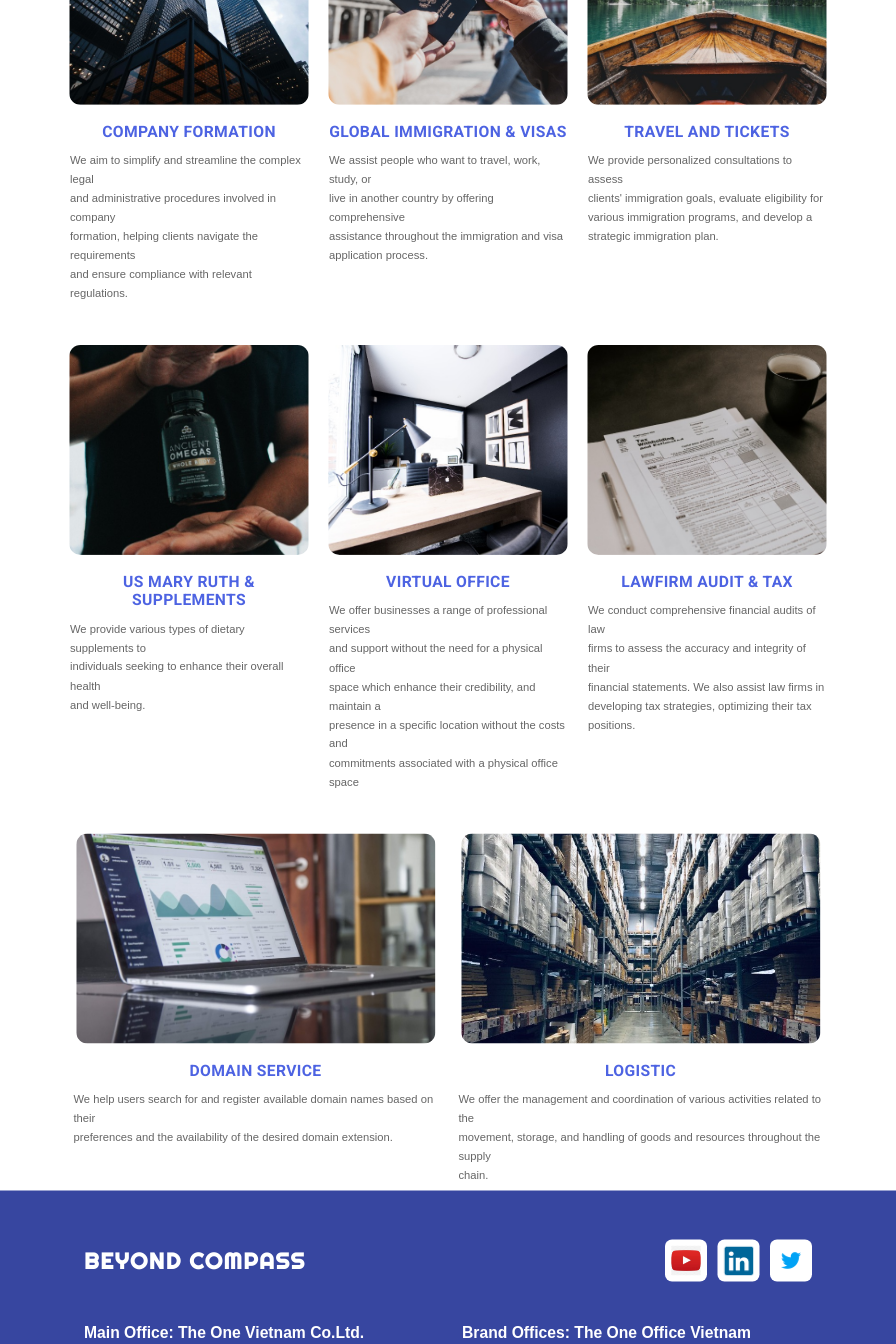
Repository: trunghau06/baitapRn
Page: pages/product.html
An editor plug-in stored every save of this project. The page is shown before and after a run of saves, followed by the edit.
The browser window is 1280 px wide. The pictures show the part of the page from y = 764 to 2684 px (the page is 3511 px tall before and 3457 px after), at 70% of full size.

Above is the page before, as saved 2025-10-09 23:56:36.

### pages/product.html
<!DOCTYPE html>
<html lang="en">
<head>
    <meta charset="UTF-8">
    <meta name="viewport" content="width=device-width, initial-scale=1.0">
    <title>Our products</title>
    <link rel="stylesheet" href="../style/product.css?v=1">
    <link rel="stylesheet" href="https://cdnjs.cloudflare.com/ajax/libs/font-awesome/6.5.1/css/all.min.css">
    <link href="https://fonts.googleapis.com/css2?family=Roboto:wght@400;700&display=swap" rel="stylesheet">
</head>
<body>
    <!-- Thanh Header -->
    <header>
        <div class="header-Page">
            <!-- Logo -->
            <div class="logo">BEYOND COMPASS</div>

            <!-- Navigation Menu -->
            <nav>
                <ul>
                    <li><a href="../index.html"                 >HOME        </a></li>
                    <li><a href="about.html"                 >ABOUT US    </a></li>
                    <li><a href="product.html" class="active">OUR PRODUCTS</a></li>
                    <li><a href="news.html"                  >NEWS        </a></li>
                    <li><a href="team.html"                  >OUR TEAM    </a></li>
                    <li><a href="contact.html"               >CONTACT     </a></li>
                    <li><a href="blogs.html"                 >BLOGS       </a></li>
                </ul>
            </nav>
        </div>
    </header>

    <div class="header-banner"></div>

    <!-- Gioi Thieu -->
    <div class="introduce-Page">
        <svg class="hexagon-small-double" viewBox="0 0 100 115" xmlns="http://www.w3.org/2000/svg">
            <polygon points="50 10, 85 30, 85 70, 50 90, 15 70, 15 30"
                    fill="#C8CFF6"
                    stroke="none"/>
            <polygon points="50 -2, 97 20, 97 80, 50 102, 3 80, 3 20"
                    fill="none"
                    stroke="#C8CFF6"
                    stroke-width="10"/>
        </svg>

        <div class="hexagon hexagon-large"></div>

         <svg class="hexagon-outline" viewBox="0 0 100 115" xmlns="http://www.w3.org/2000/svg">
            <polygon points="50 0, 93 25, 93 75, 50 100, 7 75, 7 25"
                    fill="none"
                    stroke="#C8CFF6"
                    stroke-width="2"
                    stroke-dasharray="5, 5"/>
        </svg>

        <svg class="pentagon-outline" viewBox="0 0 100 100" xmlns="http://www.w3.org/2000/svg">
            <defs>
                <linearGradient id="strokeHalfColor" x1="0%" y1="0%" x2="100%" y2="0%">
                    <stop offset="50%" style="stop-color:#FFFFFF;stop-opacity:1" />
                    <stop offset="50%" style="stop-color:#C8CFF6;stop-opacity:1" />
                </linearGradient>
            </defs>
            <polygon points="50 5, 95 40, 80 90, 20 90, 5 40"
                    fill="none"
                    stroke="url(#strokeHalfColor)"
                    stroke-width="3"
                    transform="rotate(30 50 50)"/>
        </svg>

        <svg class="pentagon-filled" viewBox="0 0 100 100" xmlns="http://www.w3.org/2000/svg">
            <polygon points="50 5, 95 40, 80 90, 20 90, 5 40"
                    fill="#C8CFF6"
                    stroke="#C8CFF6"
                    stroke-width="3"/>
        </svg>

        <h1>Our products</h1>

        <h3>Unleash the Power of Innovation!</h3>

        <p>We are proud to offer a diverse range of cutting-edge products designed to revolutionize your world.</p>
    </div>

    <div class="box-section">
        <!-- box 1 -->
        <div class="box">
            <img src="../Images/image_box_1.jpg" alt="">

            <div class="content-box">
                <h3>COMPANY FORMATION</h3>

                <p>
                    We aim to simplify and streamline the complex legal<br>
                    and administrative procedures involved in company<br>
                    formation, helping clients navigate the requirements<br>
                    and ensure compliance with relevant regulations.</p>
            </div>
        </div>

        <!-- box 2 -->
        <div class="box">
            <img src="../Images/image_box_2.jpg" alt="">

            <div class="content-box">
                <h3>GLOBAL IMMIGRATION & VISAS</h3>

                <p>
                    We assist people who want to travel, work, study, or<br>
                    live in another country by offering comprehensive<br>
                    assistance throughout the immigration and visa<br>
                    application process.</p>
            </div>
        </div>

        <!-- box 3 -->
        <div class="box">
            <img src="../Images/image_box_3.jpg" alt="">

            <div class="content-box">
                <h3>TRAVEL AND TICKETS</h3>

                <p>
                    We provide personalized consultations to assess<br>
                    clients' immigration goals, evaluate eligibility for <br>
                    various immigration programs, and develop a<br>
                    strategic immigration plan.</p>
            </div>
        </div>

        <!-- box 4 -->
        <div class="box">
            <img src="../Images/image_box_4.jpg" alt="">

            <div class="content-box">
                <h3>US MARY RUTH & SUPPLEMENTS</h3>

                <p>
                    We provide various types of dietary supplements to<br>
                    individuals seeking to enhance their overall health<br>
                    and well-being.
            </div>
        </div>

        <!-- box 5 -->
        <div class="box">
            <img src="../Images/image_box_5.jpg" alt="">

            <div class="content-box">
                <h3>VIRTUAL OFFICE</h3>

                <p>
                    We offer businesses a range of professional services<br>
                    and support without the need for a physical office<br>
                    space which enhance their credibility, and maintain a<br>
                    presence in a specific location without the costs and<br>
                    commitments associated with a physical office<br>
                    space
                </p>
            </div>
        </div>

        <!-- box 6 -->
        <div class="box">
            <img src="../Images/image_box_6.jpg" alt="">

            <div class="content-box">
                <h3>LAWFIRM AUDIT & TAX</h3>

                <p>
                    We conduct comprehensive financial audits of law <br>
                    firms to assess the accuracy and integrity of their<br>
                    financial statements. We also assist law firms in <br>
                    developing tax strategies, optimizing their tax<br>
                    positions.
                </p>
            </div>
        </div>

        <!-- box 7 -->
        <div class="box">
            <img src="../Images/image_box_7.jpg" alt="">

            <div class="content-box">
                <h3>DOMAIN SERVICE</h3>

                <p>
                    We help users search for and register available domain names based on their<br>
                    preferences and the availability of the desired domain extension.
                </p>
            </div>
        </div>

        <!-- box 8 -->
        <div class="box">
            <img src="../Images/image_box_8.jpg" alt="">

            <div class="content-box">
                <h3>LOGISTIC</h3>

                <p>
                    We offer the management and coordination of various activities related to the <br>
                    movement, storage, and handling of goods and resources throughout the supply <br>
                    chain.
                </p>
            </div>
        </div>
    </div>

    <!-- Footer -->
    <div class="footer">
        <!-- Header -->
        <div class="header-Footer">
            <h2>BEYOND COMPASS</h2>
            <div class="social-icons">
                <button><img src="../Images/youtube.png" alt="YouTube"></button>
                <button><img src="../Images/logo_linkedin.png" alt="LinkedIn"></button>
                <button><img src="../Images/image.png" alt="Twitter"></button>
            </div>
        </div>

        <!-- Offices -->
        <div class="offices">
            <!-- Main Office -->
            <div class="office">
                <h3>Main Office: The One Vietnam Co.Ltd.</h3>
                <div class="office-info">
                    <span class="square"></span>

                    <div class="content-info">
                        <p><img src="../Images/ic_map.png" alt="">Location: 40-42 Thiên Phước, Ward 15, Dist 11, HCMC, VN</p>

                        <div class="phone-group">
                            <p><img src="../Images/ic_phone.png" alt="">Phone Number: </p>

                            <div class="phone">
                                <p>(84) 902.111.222. mobile</p>
                                <p>(84) 28.333.6668 (19 lines)</p>
                                <p>(84) 28.234.5678 (fax)</p>
                            </div>
                        </div>

                        <p><img src="../Images/ic_email.png" alt="">Email: abc@def.com</p>
                        <p><img src="../Images/ic_global.png" alt="">Fax: (123)-456-7890</p>
                    </div>
                </div>
            </div>

            <!-- Brand Offices -->
            <div class="office">
                <h3>Brand Offices: The One Office Vietnam</h3>
                <div class="brand-offices">
                    <div class="office-info">
                        <span class="square"></span>

                        <div class="content-info">
                            <p><img src="../Images/ic_map.png" alt="Location">Location: Singapore</p>
                            <p><img src="../Images/ic_phone.png" alt="Phone">Phone Number: (84) 902.111.222</p>
                            <p><img src="../Images/ic_email.png" alt="Email">Email: abc@def.com</p>
                            <p><img src="../Images/ic_global.png" alt="Fax">Fax: (123)-456-7890</p>
                        </div>
                    </div>

                    <div class="office-info">
                        <span class="square"></span>

                        <div class="content-info">
                            <p><img src="../Images/ic_map.png" alt="">Location: USA</p>
                            <p></span><img src="../Images/ic_phone.png" alt="">Phone Number: (84) 902.111.222</p>
                            <p></span><img src="../Images/ic_email.png" alt="">Email: abc@def.com</p>
                            <p></span><img src="../Images/ic_global.png" alt="">Fax: (123)-456-7890</p>
                        </div>
                    </div>
                </div>
            </div>
        </div>

        <div class="line"></div>

        <div class="footer-links">
            <div class="link-column">
            <h4>OUR PRODUCTS</h4>
            <ul>
                <li><i class="fas fa-chevron-right"></i> Company Formation</li>
                <li><i class="fas fa-chevron-right"></i> Globalization & Visas</li>
                <li><i class="fas fa-chevron-right"></i> Travel & Ticket</li>
                <li><i class="fas fa-chevron-right"></i> Logistic</li>
                <li><i class="fas fa-chevron-right"></i> Virtual Office</li>
            </ul>
            </div>

            <div class="link-column">
            <h4>COMPANY</h4>
            <ul>
                <li><i class="fas fa-chevron-right"></i> About Us</li>
                <li><i class="fas fa-chevron-right"></i> Terms of Service</li>
                <li><i class="fas fa-chevron-right"></i> Privacy Policy</li>
                <li><i class="fas fa-chevron-right"></i> Support</li>
            </ul>
            </div>
        </div>

        <footer class="footer-bottom">
            <p>Copyright © 2023 by THEONEVIETNAM.COM. All rights reserved. Designed by Tuyet Nhi.</p>
        </footer>
    </div>
</body>
</html>

### style/product.css
@import url('https://fonts.googleapis.com/css2?family=Righteous&display=swap');

* {
    margin: 0;
    padding: 0;
    box-sizing: border-box;
}

body {
    font-family: Arial, sans-serif;
}

/* Header */
.header-Page {
    position: fixed;
    top: 0;
    left: 0;
    width: 100%;
    margin: 0 auto;
    padding: 0 60px;
    display: flex;
    justify-content: space-between;
    align-items: center;
    height: 100px;
    background-color: white;
    z-index: 1000;
}


/* Logo */
.logo {
    font-family: 'Righteous', Arial, sans-serif;
    color: #2A367C;
    font-size: 2em;
    font-weight: 400;
    padding-left: 60px;
}

/* Menu */
nav ul {
    list-style: none;
    display: flex;
    gap: 30px;
    padding-right: 60px;
}

nav ul li a {
    text-decoration: none;
    color: #666666;
    font-size: 1.2em;
    font-weight: 700;
    padding-bottom: 28px;
    font-family: 'Roboto', Arial, sans-serif;
    position: relative;
}

nav ul li a::after {
    content: '';
    position: absolute;
    bottom: 0;
    left: -10px;
    right: -10px;
    height: 4px;
}

nav ul li a:hover,
nav ul li a.active {
    color: #3746A0;
}

nav ul li a:hover::after,
nav ul li a.active::after {
    background-color: #3746A0;
}

/* Banner */
.header-banner {
    margin-top: 100px;
    width: 100%;
    height: 200px;
    background-image: url('../Images/anhHeader_7.jpg');
    background-size: cover;
    background-position: center;
}

.introduce-Page {
    position: relative;
    background: linear-gradient(to right, #EBEDEE, #FDFBFB);
    display: flex;
    flex-direction: column;
    justify-items: center;
    align-items: center;
    padding: 30px 20px;
    overflow: hidden;
}

.introduce-Page h1 {
    font-family: 'Roboto', Arial, sans-serif;
    color: #2A367C;
    font-size: 3.4em;
    font-weight: 700;
    margin-bottom: 20px;
    z-index: 2;
}

.introduce-Page h3 {
    font-family: 'Roboto', Arial, sans-serif;
    font-size: 2em;
    color: #666666;
    line-height: 1.4;
    margin-bottom: 20px;
    font-weight: bold;
}

.introduce-Page p {
    color: #666666;
    font-family: 'Roboto', Arial, sans-serif;
    line-height: 1.6;
    margin-bottom: 15px;
    font-size: 1.2em;
}

.hexagon {
    position: absolute;
    background-color: #C8CFF6;
    clip-path: polygon(
        50% 0%, 93% 25%, 93% 75%, 50% 100%, 7% 75%, 7% 25%
    );
    box-shadow:
        0 0 0 8px white,
        0 0 0 10px #8B9FD9;
}

/* Hình lục giác nhỏ với 2 lớp viền */
.hexagon-small-double {
    position: absolute;
    width: 90px;
    height: 140px;
    top: 72%;
    left: 20px;
    z-index: 2;
}

/* Hình lục giác lớn */
.hexagon-large {
    width: 80px;
    height: 80px;
    bottom: 10px;
    right: 5%;
}

/* Hình lục giác chỉ viền nét đứt */
.hexagon-outline {
    position: absolute;
    width: 280px;
    height: 280px;
    top: 15%;
    right: 80px;
    transform: translateY(-50%);
}

/* Hình ngũ giác 5 góc nghiêng phải */
.pentagon-outline {
    position: absolute;
    width: 80px;
    height: 80px;
    top: 25%;
    left: 40%;
    transform: translate(-50%, -50%);
    z-index: 1;
}

/* Hình ngũ giác có ruột màu xanh */
.pentagon-filled {
   position: absolute;
    width: 80px;
    height: 80px;
    top: 25%;
    left: 38%;
    transform: translate(-50%, -50%);
    z-index: 0;
}

/* Cac box */
.box-section {
    display: flex;
    flex-wrap: wrap;
    gap: 10px;
    width: 100%;
    padding: 40px 40px 80px 40px;
    justify-content: center;
    align-items: stretch;
}

.box {
    width: 30%;
    border-radius: 15px;
    overflow: visible;
    display: flex;
    flex-direction: column;
    justify-items: center;
    align-items: center;
    padding: 20px 0;
}

.box img {
    width: 95%;
    height: 300px;
    object-fit: cover;
    border-radius: 16px;
}

.box-section .box:last-child,
.box-section .box:nth-last-child(2) {
    height: 250px;
}

.content-box {
    padding: 10px;
    text-align: center;
    flex-grow: 1;
}

.content-box h3 {
    font-family: 'Roboto', Arial, sans-serif;
    color: #4D63E2;
    font-size: 1.4em;
    font-weight: 700;
    margin: 15px 0 15px 0;
    letter-spacing: 0.5px;
}

.content-box p {
    color: #666666;
    font-size: 1em;
    line-height: 1.7;
    text-align: left;
}

.box:nth-child(7),
.box:nth-child(8) {
    width: 45%;
    margin-bottom: 100px;
}

/* Footer */
.footer {
  display: flex;
  flex-direction: column;
  background-color: #3746A0;
  margin-top: 100px;
}

.header-Footer {
    display: flex;
    justify-content: space-between;
    align-items: center;
    padding: 20px 120px;
    margin-top: 50px;
}

.header-Footer h2 {
    font-size: 2em;
    font-weight: bold;
    letter-spacing: 2px;
    font-family: 'Righteous', Arial, sans-serif;
    color: #FFFFFF;
}

.social-icons {
    display: flex;
    gap: 15px;
}

.social-icons button {
    background: #FFFFFF;
    border: none;
    cursor: pointer;
    width: 60px;
    height: 60px;
    border-radius: 10px;
    display: flex;
    align-items: center;
    justify-content: center;
}

.social-icons button img {
    width: 70%;
    height: 70%;
    object-fit: contain;
}

.offices {
    padding: 10px 120px;
    display: grid;
    grid-template-columns: 1fr 1fr;
    gap: 40px;
    margin-top: 30px;
}

.brand-offices {
    display: grid;
    grid-template-columns: 1fr 1fr;
    gap: 60px;
}

.office h3 {
    margin-bottom: 15px;
    font-size: 1.4em;
    color: #FFFFFF;
}

.office-info {
    position: relative;
    margin-bottom: 20px;
    display: flex;
    align-items: flex-start;
}

.office-info .square {
    position: absolute;
    left: 0;
    top: 25px;
    width: 12px;
    height: 12px;
    background: #202A5F;
    border-radius: 4px;
}

.content-info {
    padding-left: 30px;
}

.content-info p {
    margin: 28px 0;
    display: flex;
    align-items: center;
    font-size: 0.9em;
    color: #FFFFFF;
}

.phone-group {
    display: flex;
    justify-content: left;
    align-items: flex-start;
    gap: 10px;
}

.phone-group p {
    margin: 0;
    font-size: 0.9em;
    margin-bottom: 28px;
    color: #FFFFFF;
}

.phone-group .phone p:nth-of-type(3) {
    margin-bottom: 0;
}

.phone {
    display: flex;
    flex-direction: column;
    text-align: left;
}

.content-info img {
    width: 20px;
    height: 20px;
    margin-right: 16px;
    vertical-align: middle;
    filter: brightness(0) invert(1);
}

.line {
    width: 83%;
    height: 2px;
    background: rgba(255,255,255,0.5);
    margin: 0 auto 40px auto;
}

.footer-links {
  display: flex;
  justify-content: left;
  gap: 200px;
  padding: 20px 120px;
  margin-bottom: 50px;
}

.link-column h4 {
  margin-bottom: 15px;
  font-size: 1.4em;
  font-weight: bold;
  color: #FFFFFF;
  text-transform: uppercase;
}

.link-column ul {
  list-style: none;
  padding: 0 10px;
}

.link-column ul li {
  margin: 28px 0;
  font-size: 0.9em;
  display: flex;
  align-items: center;
  color: #FFFFFF;
}

.link-column ul li i {
  margin-right: 12px;
  font-size: 0.8em;
  color: #FFFFFF;
}

.footer-bottom {
  margin-top: auto;
  background: #fff;
  text-align: center;
  padding: 30px 0;
  font-size: 12px;
  color: #555;
  border-top: 1px solid #ddd;
}

After the next 3 saves:
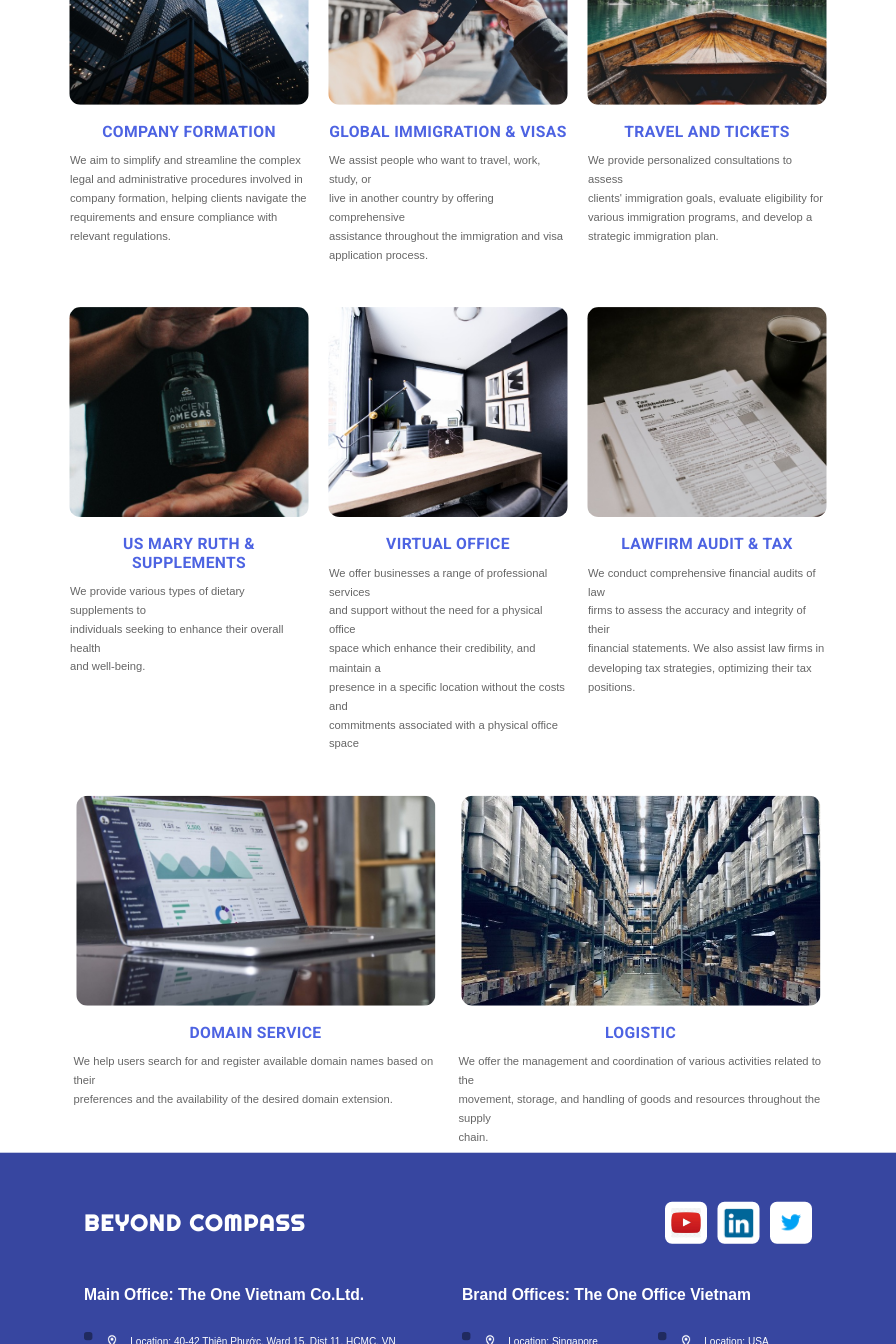
The 3 saves are shown as one change because they came seconds apart.
The last was saved 18 s later.
--- a/pages/product.html
+++ b/pages/product.html
@@ -91,9 +91,9 @@
                 <h3>COMPANY FORMATION</h3>
 
                 <p>
-                    We aim to simplify and streamline the complex legal<br>
-                    and administrative procedures involved in company<br>
-                    formation, helping clients navigate the requirements<br>
+                    We aim to simplify and streamline the complex legal
+                    and administrative procedures involved in company
+                    formation, helping clients navigate the requirements
                     and ensure compliance with relevant regulations.</p>
             </div>
         </div>
